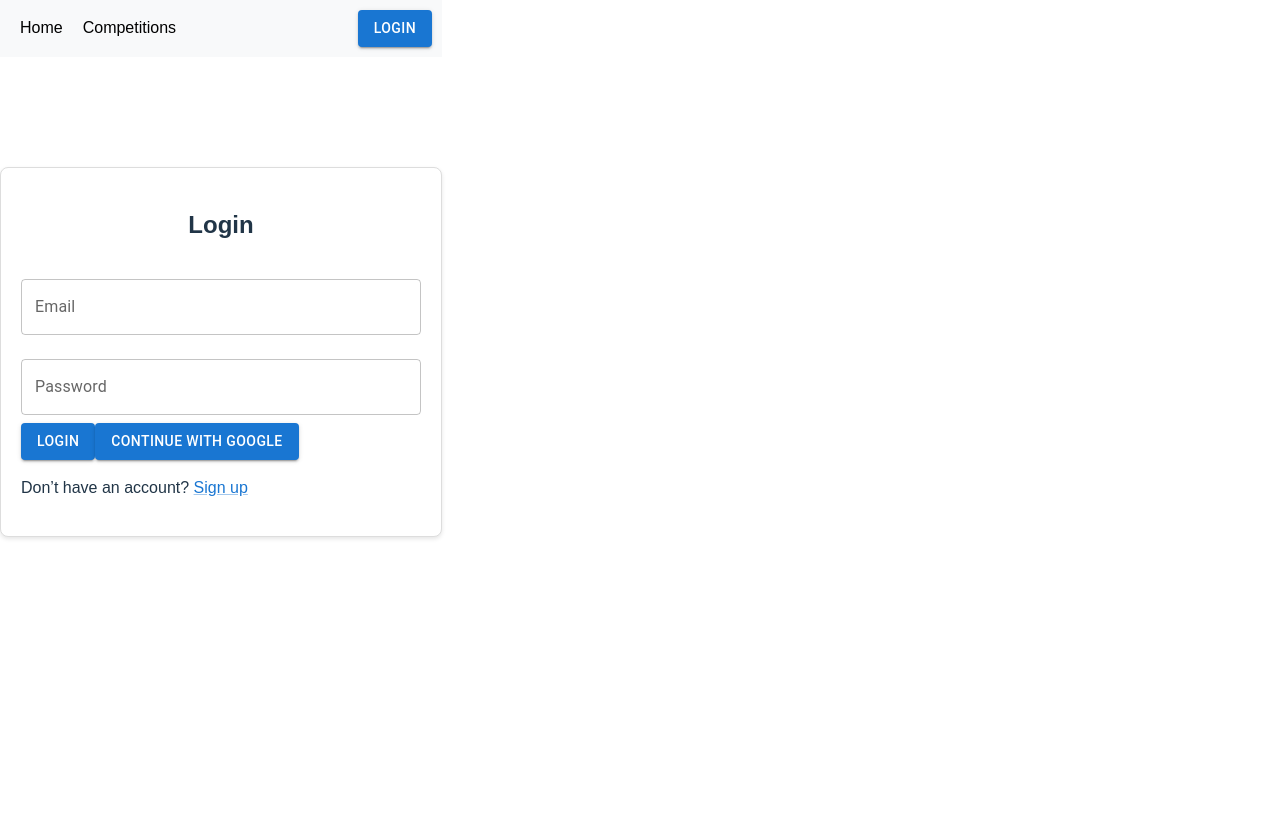
Repository: BWei22/wecube
Page: /login
These files come from the project's save history. The page is drawn as it stood at one moment and after the next save; the edit follows.
The browser window is 1280 px wide. The pictures show the whole page.
The project was rebuilt for these pictures with package versions that can differ from the ones it lists, and the page was loaded fresh each time. Also part of the build but not shown: vite.config.js, src/pages/Home.css, src/pages/Home.jsx, src/pages/Competitions.css, src/pages/Competitions.jsx, src/pages/Listings.jsx, src/pages/CreateListing.jsx, src/pages/ListingDetails.css and 12 more.

Above is the page before, as saved 2024-08-10 14:14:50.

### index.html
<!doctype html>
<html lang="en">
  <head>
    <meta charset="UTF-8" />
    <link rel="icon" type="image/svg+xml" href="/vite.svg" />
    <meta name="viewport" content="width=device-width, initial-scale=1.0" />
    <title>WeCube</title>
  </head>
  <body>
    <div id="root"></div>
    <script type="module" src="/src/main.jsx"></script>
  </body>
</html>

### src/App.jsx
// src/App.jsx
import React from 'react';
import { BrowserRouter as Router, Routes, Route } from 'react-router-dom';
import Home from './pages/Home';
import Competitions from './pages/Competitions';
import Listings from './pages/Listings';
import CreateListing from './pages/CreateListing';
import ListingDetails from './pages/ListingDetails';
import InterestedBuyers from './pages/InterestedBuyers';
import Notifications from './pages/Notifications';
import Login from './pages/Login';
import SignUp from './pages/SignUp';
import CompleteProfile from './pages/CompleteProfile';
import PrivateRoute from './components/PrivateRoute';
import NavBar from './components/NavBar';
import { ProvideAuth } from './hooks/useAuth';
import Message from './pages/Message';
import Conversations from './pages/Conversations';
import Profile from './pages/Profile';
import './App.css';

const App = () => {
  return (
    <Router>
      <ProvideAuth>
        <NavBar />
        <div className="main-container">
          <Routes>
            <Route path="/" element={<Home />} />
            <Route path="/competitions" element={<Competitions />} />
            <Route path="/listings/:competitionId" element={<Listings />} />
            <Route path="/create-listing/:competitionId" element={<PrivateRoute><CreateListing /></PrivateRoute>} />
            <Route path="/listing/:listingId" element={<ListingDetails />} />
            <Route path="/interested-buyers/:listingId" element={<PrivateRoute><InterestedBuyers /></PrivateRoute>} />
            <Route path="/notifications" element={<PrivateRoute><Notifications /></PrivateRoute>} />
            <Route path="/login" element={<Login />} />
            <Route path="/signup" element={<SignUp />} />
            <Route path="/complete-profile" element={<CompleteProfile />} />
            <Route path="/messages/:listingId" element={<PrivateRoute><Message /></PrivateRoute>} />
            <Route path="/conversations" element={<PrivateRoute><Conversations /></PrivateRoute>} />
            <Route path="/profile" element={<PrivateRoute><Profile /></PrivateRoute>} />
          </Routes>
        </div>
      </ProvideAuth>
    </Router>
  );
};

export default App;

### src/pages/Login.jsx
// src/pages/Login.jsx
import React, { useState } from 'react';
import { useNavigate } from 'react-router-dom';
import { useAuth } from '../hooks/useAuth';
import { Button, TextField, Link } from '@mui/material';
import './AuthComponent.css';

const Login = () => {
  const auth = useAuth();
  const navigate = useNavigate();
  const [email, setEmail] = useState('');
  const [password, setPassword] = useState('');
  const [error, setError] = useState('');

  const handleGoogleLogin = async () => {
    try {
      await auth.signinWithGoogle();
    } catch (error) {
      console.error('Login failed:', error);
      setError(error.message);
    }
  };

  const handleEmailLogin = async () => {
    try {
      await auth.signinWithEmailAndPassword(email, password);
      navigate('/competitions');
    } catch (error) {
      console.error('Login failed:', error);
      setError(error.message);
    }
  };

  return (
    <div className="auth-container">
      <h2>Login</h2>
      <TextField
        label="Email"
        variant="outlined"
        fullWidth
        margin="normal"
        value={email}
        onChange={(e) => setEmail(e.target.value)}
      />
      <TextField
        label="Password"
        type="password"
        variant="outlined"
        fullWidth
        margin="normal"
        value={password}
        onChange={(e) => setPassword(e.target.value)}
      />
      {error && <p className="error">{error}</p>}
      <Button onClick={handleEmailLogin} variant="contained" color="primary">
        Login
      </Button>
      <Button onClick={handleGoogleLogin} variant="contained" color="primary">
        Continue with Google
      </Button>
      <p>
        Don’t have an account? <Link onClick={() => navigate('/signup')}>Sign up</Link>
      </p>
    </div>
  );
};

export default Login;

### src/components/NavBar.jsx
import React, { useState, useEffect } from 'react';
import { Link, useNavigate } from 'react-router-dom';
import { useAuth } from '../hooks/useAuth'; // Adjust the import path as necessary
import { db } from '../firebaseConfig';
import { collection, query, where, onSnapshot } from 'firebase/firestore';
import Badge from '@mui/material/Badge';
import Button from '@mui/material/Button';
import './NavBar.css';

const NavBar = () => {
  const { user, username, signout } = useAuth();
  const navigate = useNavigate();
  const [newMessages, setNewMessages] = useState(0);

  useEffect(() => {
    if (!user) {
      console.log('No authenticated user found.');
      return;
    }

    const q = query(collection(db, 'messages'), where('recipientId', '==', user.uid), where('isRead', '==', false));
    const unsubscribe = onSnapshot(q, (querySnapshot) => {
      setNewMessages(querySnapshot.size);
    });

    return () => unsubscribe();
  }, [user]);

  const handleLogout = () => {
    signout(() => navigate('/'));
  };

  return (
    <div className="navbar">
      <div className="navbar-left">
        <Link to="/">Home</Link>
        <Link to="/competitions">Competitions</Link>
      </div>
      <div className="navbar-right">
        {user ? (
          <>
            <Badge badgeContent={newMessages} color="error">
              <Link to="/conversations">Conversations</Link>
            </Badge>
            <Link to="/profile">Profile</Link>
            <Button onClick={handleLogout} variant="contained" color="secondary">Logout</Button>
            <span className="navbar-username">{username}</span>
          </>
        ) : (
          <Button onClick={() => navigate('/login')} variant="contained" color="primary">Login</Button> // Corrected path
        )}
      </div>
    </div>
  );
};

export default NavBar;

### src/hooks/useAuth.jsx
// src/hooks/useAuth.jsx
import React, { useState, useEffect, useContext, createContext } from 'react';
import { getAuth, signOut, createUserWithEmailAndPassword, signInWithEmailAndPassword, deleteUser } from 'firebase/auth';
import { doc, getDoc, setDoc, deleteDoc } from 'firebase/firestore';
import { db } from '../firebaseConfig';
import { useNavigate } from 'react-router-dom';

const authContext = createContext();

export function ProvideAuth({ children }) {
  const auth = useProvideAuth();
  return <authContext.Provider value={auth}>{children}</authContext.Provider>;
}

export const useAuth = () => {
  return useContext(authContext);
};

function useProvideAuth() {
  const [user, setUser] = useState(null);
  const [username, setUsername] = useState('');
  const [profileComplete, setProfileComplete] = useState(false);
  const [authenticating, setAuthenticating] = useState(false); // Indicates if the user is in the process of signing up or logging in
  const navigate = useNavigate();

  const logState = (message) => {
    console.log(message);
    console.log("User:", user);
    console.log("Username:", username);
    console.log("ProfileComplete:", profileComplete);
  };

  const handleAuthStateChange = async (firebaseUser) => {
    if (firebaseUser) {
      setAuthenticating(true); // Start authenticating
      const userDocRef = doc(db, 'users', firebaseUser.uid);
      try {
        const userDocSnap = await getDoc(userDocRef);

        if (userDocSnap.exists()) {
          const userData = userDocSnap.data();
          setUsername(userData.username);
          setProfileComplete(userData.profileComplete);

          if (userData.profileComplete) {
            setUser(firebaseUser); // User is fully signed in only if profile is complete
            navigate('/competitions'); // Navigate to main area of the app
          } else {
            navigate('/complete-profile'); // Redirect to complete profile
          }
        } else {
          await setDoc(userDocRef, { profileComplete: false });
          setProfileComplete(false);
          navigate('/complete-profile'); // Redirect to complete profile
        }
      } catch (error) {
        console.error("Error handling user state change:", error);
      } finally {
        setAuthenticating(false); // End authentication process
      }
    } else {
      // User is not authenticated
      setUser(null);
      setUsername('');
      setProfileComplete(false);
      logState("Auth state changed: user signed out");
    }
  };

  const signupWithEmailAndPassword = async (email, password) => {
    const auth = getAuth();
    try {
      setAuthenticating(true); // Indicate that we're authenticating
      const result = await createUserWithEmailAndPassword(auth, email, password);
      handleAuthStateChange(result.user);
    } catch (error) {
      console.error("Sign-up error:", error);
    } finally {
      setAuthenticating(false); // End authentication process
    }
  };

  const signinWithEmailAndPassword = async (email, password) => {
    const auth = getAuth();
    try {
      setAuthenticating(true); // Indicate that we're authenticating
      const result = await signInWithEmailAndPassword(auth, email, password);
      handleAuthStateChange(result.user);
    } catch (error) {
      console.error("Sign-in error:", error);
    } finally {
      setAuthenticating(false); // End authentication process
    }
  };

  const completeProfile = async (username) => {
    if (user) {
      const userDocRef = doc(db, 'users', user.uid);
      try {
        await setDoc(userDocRef, { username, profileComplete: true }, { merge: true });
        setUsername(username);
        setProfileComplete(true);
        setUser(user); // Now the user is fully signed in
        navigate('/competitions');
      } catch (error) {
        console.error("Error completing profile:", error);
      }
    }
  };

  const signout = async (callback) => {
    const auth = getAuth();
    try {
      await signOut(auth);
      setUser(null);
      setUsername('');
      setProfileComplete(false);
      logState("User signed out");
      if (callback) callback();
    } catch (error) {
      console.error("Sign-out error:", error);
    }
  };

  useEffect(() => {
    const auth = getAuth();
    const unsubscribe = auth.onAuthStateChanged(handleAuthStateChange);
    return () => unsubscribe();
  }, []);

  return {
    user,
    username,
    profileComplete,
    authenticating, // Add this to the context
    signupWithEmailAndPassword,
    signinWithEmailAndPassword,
    completeProfile, // Add a method to complete the profile
    signout,
  };
}

### src/App.css
/* src/App.css */

body, html {
  margin: 0;
  padding: 0;
  height: 100%;
  width: 100%;
  font-family: Arial, sans-serif;
}

#root {
  height: 100%;
}

.main-container {
  display: flex;
  flex-direction: column;
  height: 100vh;
  padding-top: 60px; /* Adjust based on navbar height */
}

### src/firebaseConfig.js
// src/firebaseConfig.js
import { initializeApp } from "firebase/app";
import { getFirestore } from "firebase/firestore";
import { getAuth, onAuthStateChanged, GoogleAuthProvider, signInWithPopup } from "firebase/auth";

const firebaseConfig = {
  apiKey: "AIzaSyDYb4aSYo2bUTjyhVYMKNBykxSJtt_21Po",
  authDomain: "wecube-e0d78.firebaseapp.com",
  projectId: "wecube-e0d78",
  storageBucket: "wecube-e0d78.appspot.com",
  messagingSenderId: "412392652109",
  appId: "1:412392652109:web:bc3ad839badcf48e85cb04",
  measurementId: "G-3J43PF4YX8"
};

const app = initializeApp(firebaseConfig);
const db = getFirestore(app);
const auth = getAuth(app);
const provider = new GoogleAuthProvider();

onAuthStateChanged(auth, (user) => {
  if (user) {
    console.log("User is signed in", user);
  } else {
    console.log("No user is signed in");
  }
});

export { db, auth, provider };

### src/pages/Listings.css
.listings-grid {
  display: grid;
  grid-template-columns: repeat(auto-fill, minmax(200px, 1fr));
  gap: 16px;
}

.listing-item {
  border: 1px solid #ccc;
  padding: 16px;
  border-radius: 8px;
  text-align: center;
  cursor: pointer;
  transition: box-shadow 0.3s ease, transform 0.3s ease;
}

.listing-item:hover {
  box-shadow: 0 4px 12px rgba(0, 0, 0, 0.2);
  transform: scale(1.05);
  background-color: #f0f0f0;
}

.listing-image {
  width: 100%;
  height: 150px;
  object-fit: cover;
  border-radius: 4px;
}

.listing-info {
  margin-top: 8px;
}

.listing-name {
  display: block;
  font-weight: bold;
  margin-bottom: 4px;
  color: #333;
}

.listing-price {
  display: block;
  color: #007BFF;
}

button {
  margin-top: 8px;
}

### src/pages/AuthComponent.css
/* src/pages/AuthComponent.css */

.auth-container {
  max-width: 400px;
  margin: 50px auto;
  padding: 20px;
  border: 1px solid #ddd;
  border-radius: 8px;
  box-shadow: 0 2px 4px rgba(0, 0, 0, 0.1);
  background-color: #fff;
}

h2 {
  text-align: center;
  margin-bottom: 20px;
}

.error {
  color: red;
  text-align: center;
  margin-bottom: 20px;
}

form {
  display: flex;
  flex-direction: column;
}

form > * {
  margin-bottom: 15px;
}

### src/components/NavBar.css
.navbar {
  display: flex;
  justify-content: space-between;
  padding: 10px;
  background-color: #f8f9fa;
}

.navbar-left,
.navbar-right {
  display: flex;
  align-items: center;
}

.navbar-left a,
.navbar-right a {
  margin: 0 10px;
  text-decoration: none;
  color: #000;
}

.navbar-right .navbar-username {
  margin-left: 10px;
  font-weight: bold;
}

.navbar-right button {
  margin-left: 10px;
}

Loaded but not shown: src/main.jsx (common file); src/index.css (common file)

After the next save:
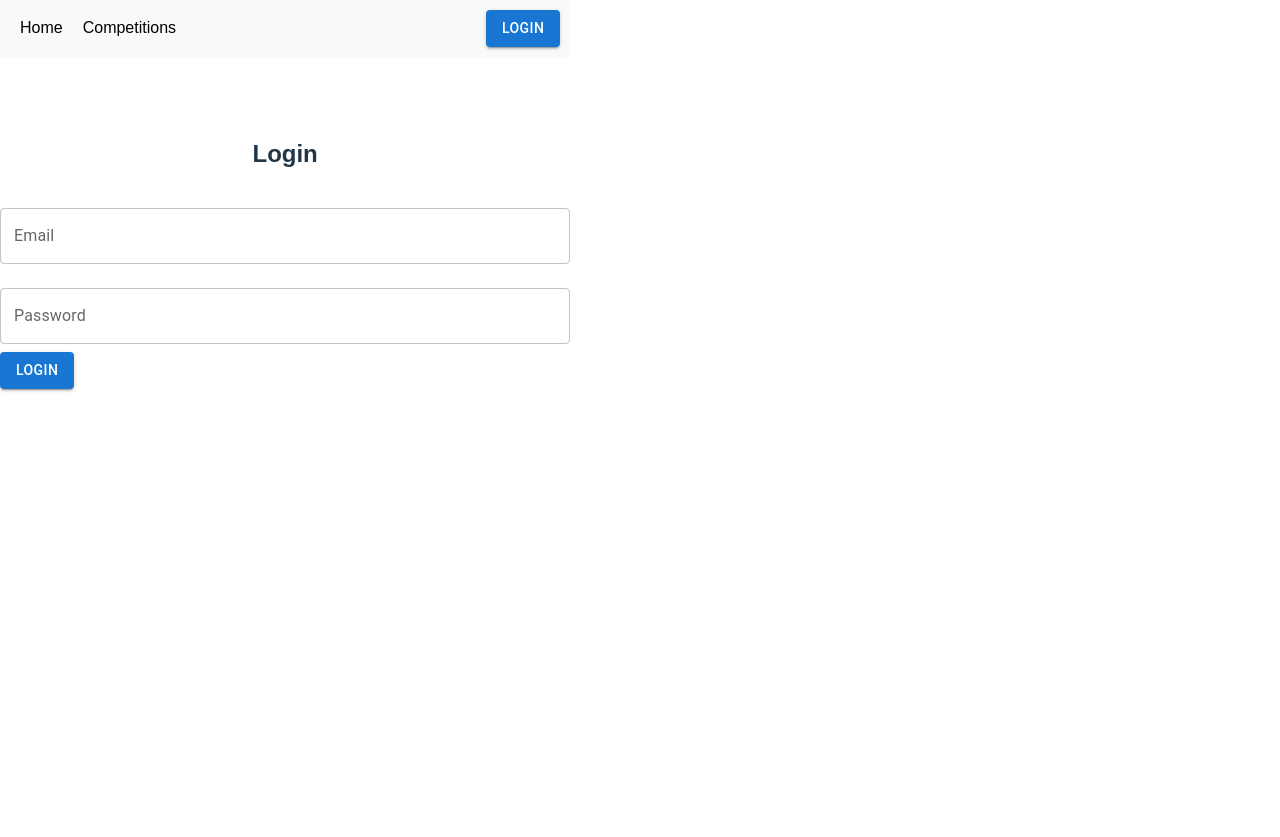
Saved 6 s later.
--- a/src/pages/Login.jsx
+++ b/src/pages/Login.jsx
@@ -1,38 +1,37 @@
 // src/pages/Login.jsx
 import React, { useState } from 'react';
+import { useAuth } from '../hooks/useAuth';
+import { Button, TextField } from '@mui/material';
 import { useNavigate } from 'react-router-dom';
-import { useAuth } from '../hooks/useAuth';
-import { Button, TextField, Link } from '@mui/material';
-import './AuthComponent.css';
 
 const Login = () => {
-  const auth = useAuth();
-  const navigate = useNavigate();
   const [email, setEmail] = useState('');
   const [password, setPassword] = useState('');
   const [error, setError] = useState('');
-
-  const handleGoogleLogin = async () => {
-    try {
-      await auth.signinWithGoogle();
-    } catch (error) {
-      console.error('Login failed:', error);
-      setError(error.message);
-    }
-  };
+  const auth = useAuth();
+  const navigate = useNavigate();
 
   const handleEmailLogin = async () => {
+    if (!email || !password) {
+      setError('Email and Password are required');
+      return;
+    }
+
     try {
+      // Log in the user with email and password
       await auth.signinWithEmailAndPassword(email, password);
+
+      // Navigate to the main page or dashboard after successful login
       navigate('/competitions');
+
     } catch (error) {
-      console.error('Login failed:', error);
-      setError(error.message);
+      console.error('Error logging in:', error);
+      setError('Invalid email or password. Please try again.');
     }
   };
 
   return (
-    <div className="auth-container">
+    <div className="login-container">
       <h2>Login</h2>
       <TextField
         label="Email"
@@ -55,12 +54,6 @@ const Login = () => {
       <Button onClick={handleEmailLogin} variant="contained" color="primary">
         Login
       </Button>
-      <Button onClick={handleGoogleLogin} variant="contained" color="primary">
-        Continue with Google
-      </Button>
-      <p>
-        Don’t have an account? <Link onClick={() => navigate('/signup')}>Sign up</Link>
-      </p>
     </div>
   );
 };
